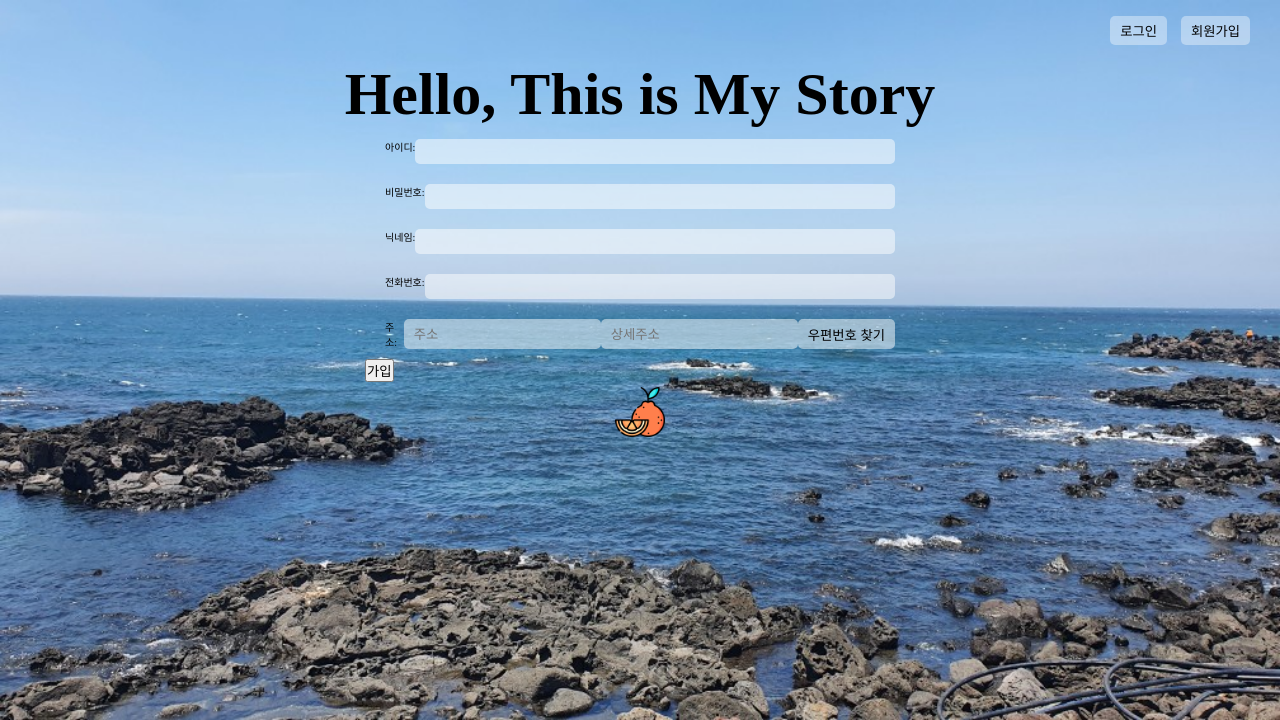
Repository: jeeniii/test2022_12_29
Page: http://localhost/portfolio/mem/join
An editor plug-in stored every save of this project. The page is shown before and after the next save, followed by the edit.
The browser window is 1280 px wide. The pictures show the whole page.
The page is served by Tomcat 9.

Above is the page before, as saved 2022-12-13 07:52:03.

After the next save:
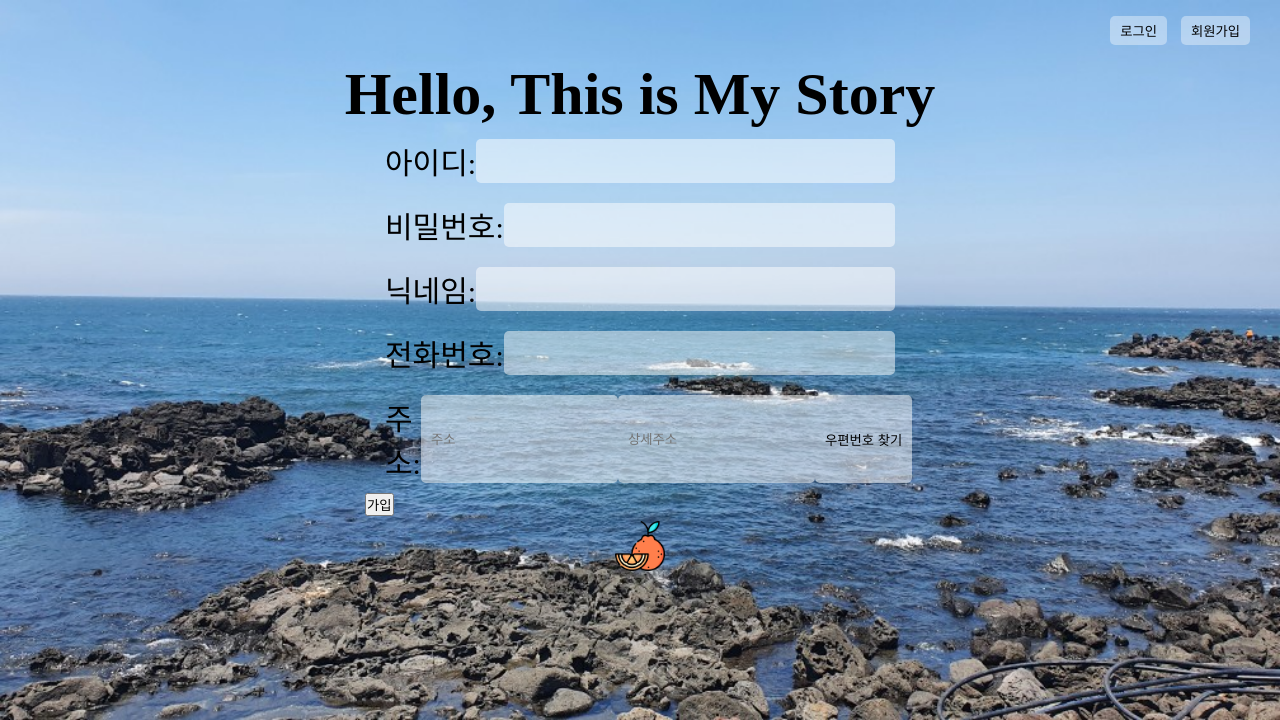
Saved 7 s later.
--- a/JSP_Portfolio/portfolio/src/main/webapp/resources/css/join.css
+++ b/JSP_Portfolio/portfolio/src/main/webapp/resources/css/join.css
@@ -7,7 +7,7 @@ form{
 section{
 }
 .j_put{
-	font-size:10px;
+	font-size:30px;
 	display: inline-flex;
 	width: 100%;
 	padding: 10px 20px;
